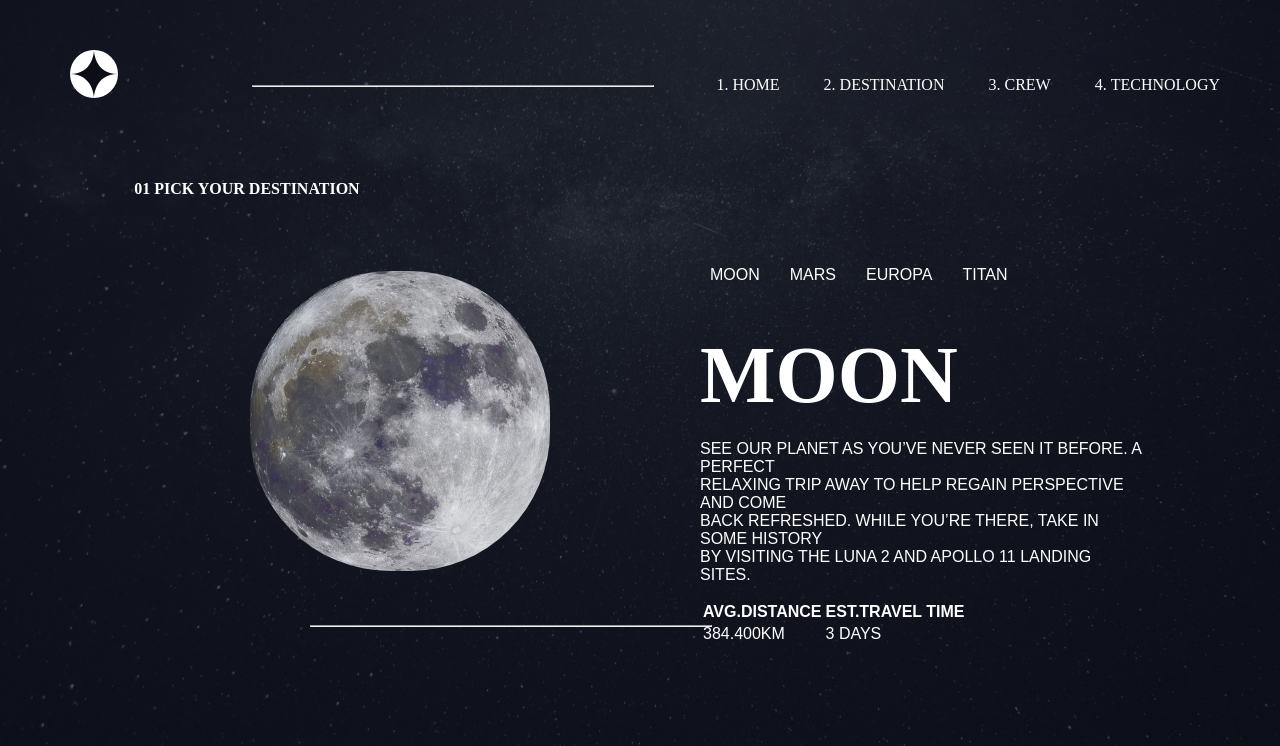
Repository: batonAnton/space_tourism
Page: destination.html
These files come from the project's save history. The page is drawn as it stood at one moment and after the next save; the edit follows.
The browser window is 1280 px wide. The pictures show the whole page.
Some web fonts or font styles are not loaded; a fallback is used.

Above is the page before, as saved 2022-05-20 11:17:07.

After the next save:
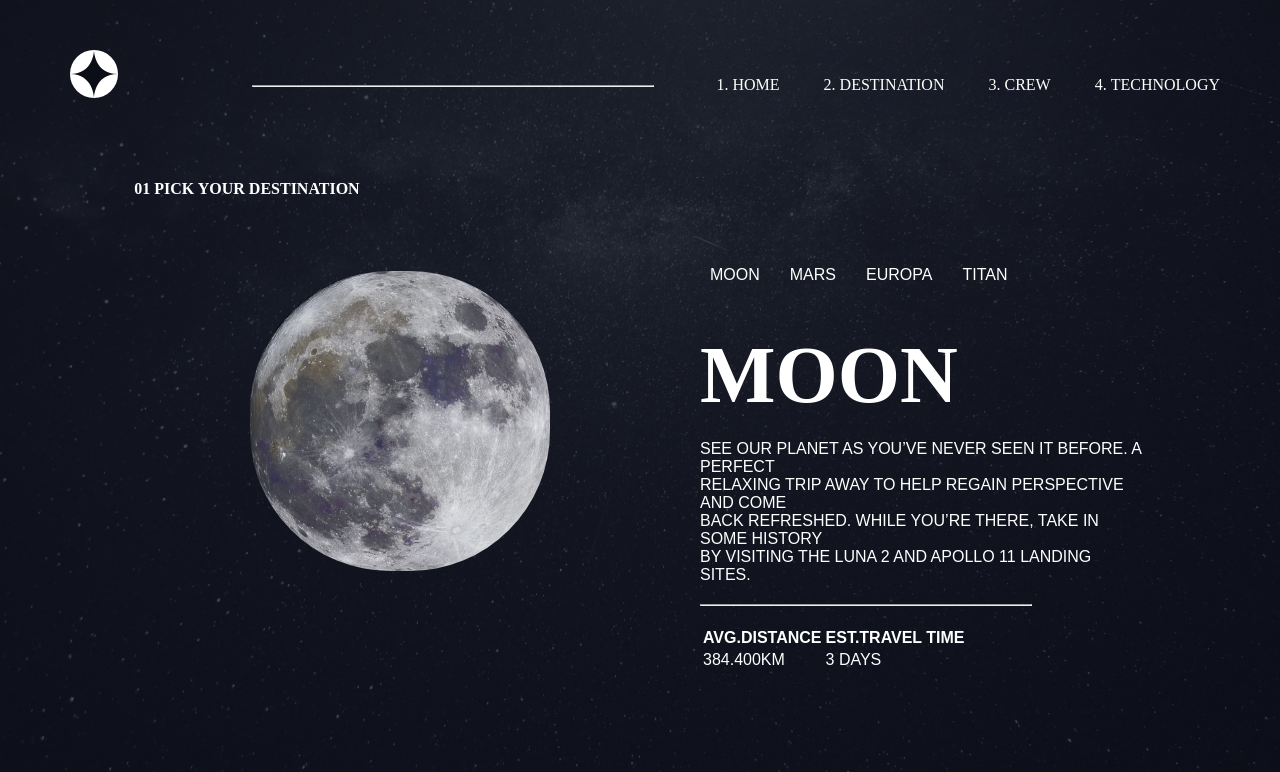
Saved 3 min 59 s later.
--- a/css/style2 .css
+++ b/css/style2 .css
@@ -159,3 +159,9 @@ p {
 .planet_img {
   margin: 270px 0px 0px 250px;
 }
+
+.get-info_planet hr {
+  position: relative;
+  width: 330px;
+  margin: 20px 0px 20px 0px;
+}
